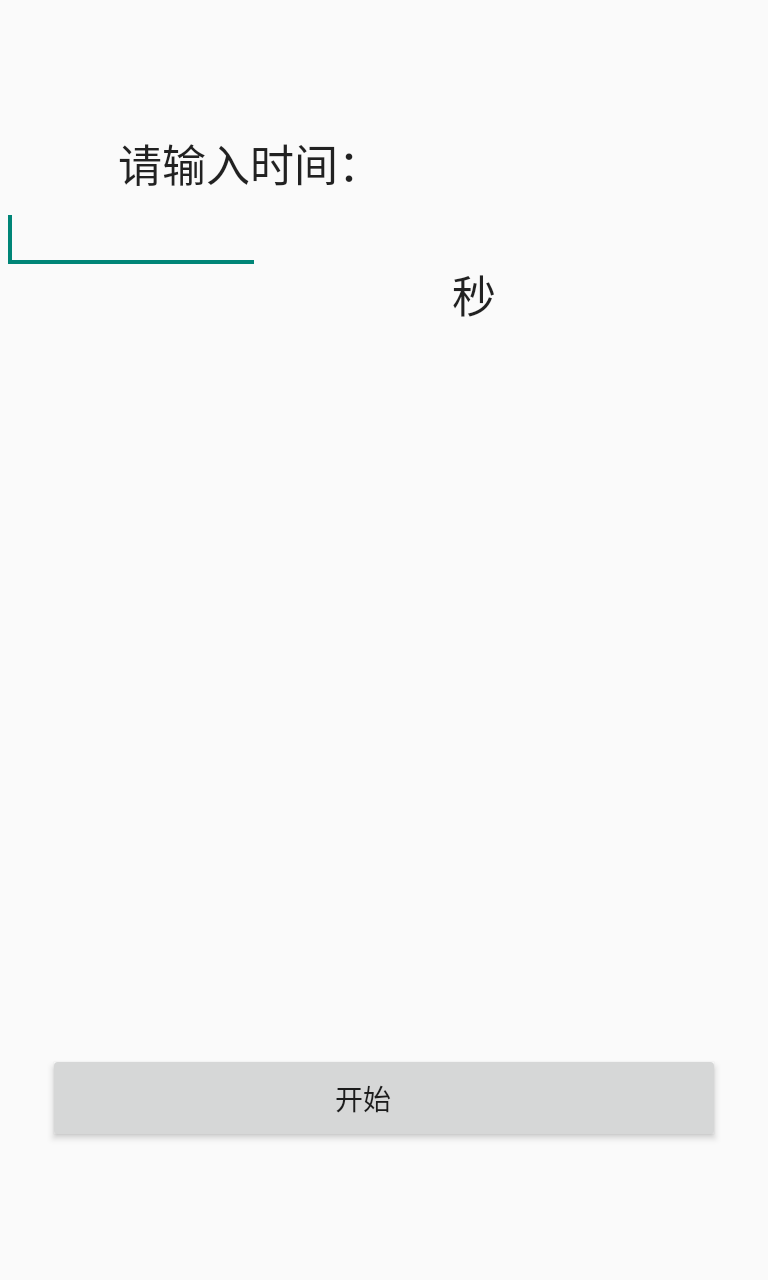
Repository: morning-ding/burning
Layout: test/res/layout/act_timer.xml
An editor plug-in stored every save of this project. The layout is shown before and after the next save, followed by the edit.
It is drawn on a 768 x 1280 px phone screen (xhdpi) without system bars, with theme AppTheme; the app's code is not run.

Above is the layout before, as saved 2015-04-28 10:41:25.

After the next save:
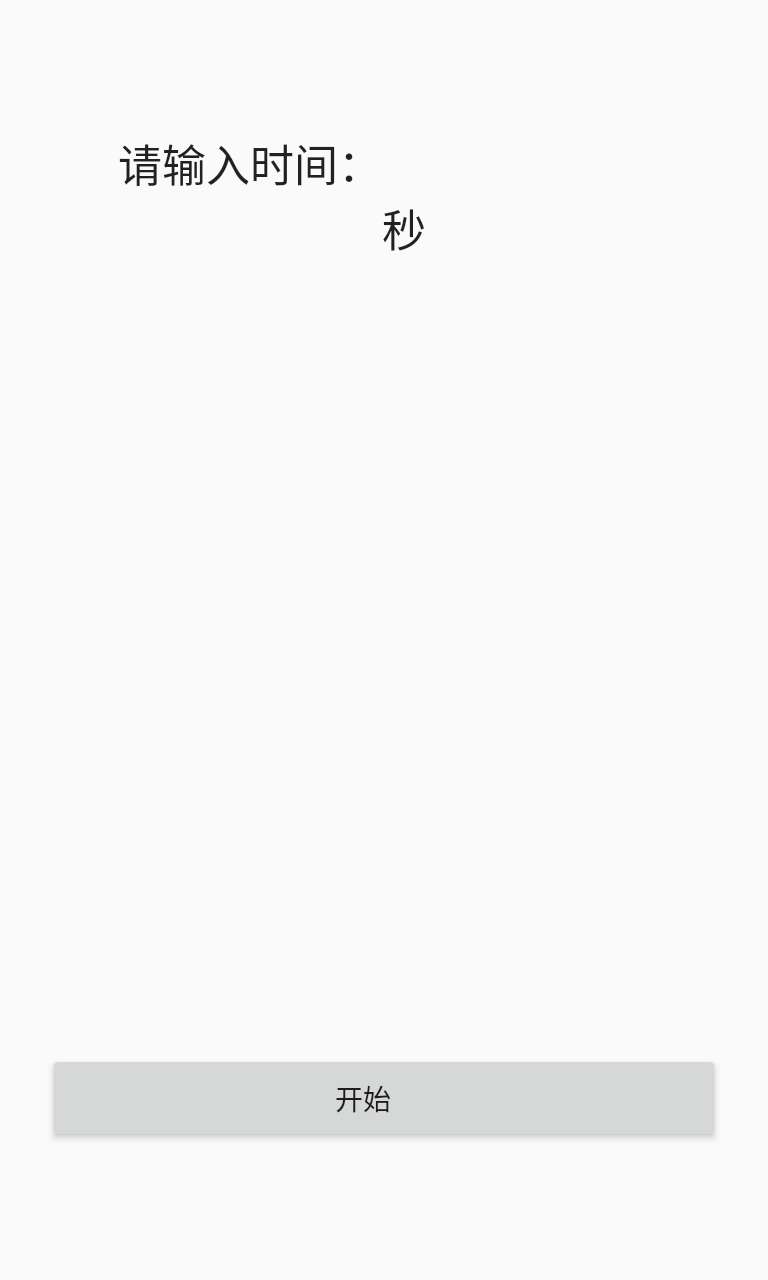
Saved 3 min 22 s later.
--- a/test/res/layout/act_timer.xml
+++ b/test/res/layout/act_timer.xml
@@ -12,17 +12,6 @@
         android:layout_marginLeft="59dp"
         android:layout_marginTop="65dp"
         android:text="请输入时间："
-        android:textAppearance="?android:attr/textAppearanceLarge" />
-
-    <TextView
-        android:id="@+id/miao"
-        android:layout_width="wrap_content"
-        android:layout_height="wrap_content"
-        android:layout_below="@+id/input"
-        android:layout_marginLeft="35dp"
-        android:layout_marginTop="33dp"
-        android:layout_toRightOf="@+id/input"
-        android:text="秒"
         android:textAppearance="?android:attr/textAppearanceLarge" />
 
     <Button
@@ -41,19 +30,16 @@
         android:layout_height="wrap_content"
         android:layout_centerInParent="true"
         android:layout_marginRight="29dp"
+        android:textSize="60px"
         android:textAppearance="?android:attr/textAppearanceLarge" />
 
-    <EditText
-        android:id="@+id/ed"
+    <TextView
+        android:id="@+id/miao"
         android:layout_width="wrap_content"
         android:layout_height="wrap_content"
         android:layout_below="@+id/input"
-        android:layout_marginRight="60dp"
-        android:layout_toLeftOf="@+id/miao"
-        android:ems="10"
-        android:inputType="number" >
-
-        <requestFocus />
-    </EditText>
+        android:layout_toRightOf="@+id/input"
+        android:text="秒"
+        android:textAppearance="?android:attr/textAppearanceLarge" />
 
 </RelativeLayout>
